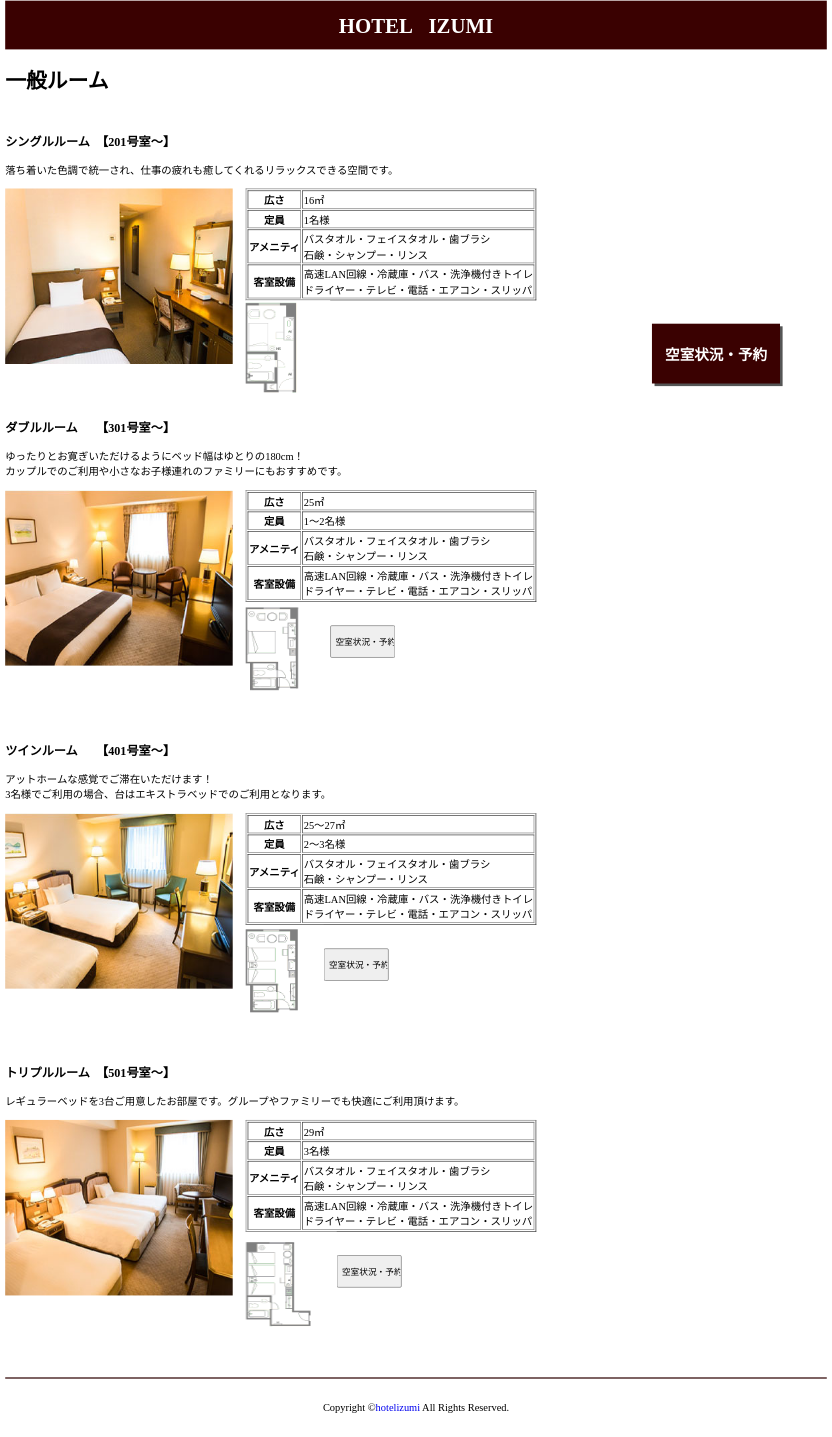
Repository: sep-dev/hotel_site
Page: http://localhost/HOTEL_IZUMI/general
An editor plug-in stored every save of this project. The page is shown before and after the next save, followed by the edit.
The browser window is 1280 px wide. The pictures show the whole page, at 65% of full size.
The page is served by Tomcat 9. Other server files are loaded and not shown.

Above is the page before, as saved 2016-05-25 06:13:26.

### HOTEL_IZUMI/src/main/webapp/WEB-INF/views/general.jsp
<!DOCTYPE html>
<%@ page language="java" contentType="text/html; charset=UTF-8" pageEncoding="UTF-8"%>
<%@ taglib prefix="form" uri="http://www.springframework.org/tags/form" %>
<!--  http://www.aspen-hotel.co.jp/room/ を参考   -->
<html>
  <head>
    <meta http-equiv="Content-Type" content="text/html; charset=Shift_JIS">
    <title>客室のご案内</title>
    <style type="text/css">
      div.example img {
        margin: 0px 20px 0px 0px;
      }
      <%@include file="../css/style.css" %>
    </style>
  </head>
  <body>
   <form>
    <div id="header">
      <div id="header h1"><h1><a HREF="http://localhost:8080/Izumi/top" STYLE="text-decoration:none"><font color="#FFFFFF">HOTEL&nbsp;&nbsp;&nbsp;IZUMI</font></a></h1></div>
    </div>


      <h1>一般ルーム</h1><br>
      <h3>シングルルーム　【201号室～】</h3>
      落ち着いた色調で統一され、仕事の疲れも癒してくれるリラックスできる空間です。<br><br>
      <div class="example">
        <img src="./resources/picture/ph01.jpg" alt="サンプル図" width="350" height="270"  align="left" >
      </div>
      <table border="1" >
        <tr>
          <th>広さ</th>
          <td>16㎡</td>
        </tr>
        <tr>
          <th>定員</th>
          <td>1名様</td>
        </tr>
        <tr>
          <th rowspan="2">アメニティ</th>
          <td rowspan="2">バスタオル・フェイスタオル・歯ブラシ<br>石鹸・シャンプー・リンス</td>
        </tr>
        <tr>
        </tr>
        <tr>
          <th rowspan="2">客室設備</th>
          <td rowspan="2">高速LAN回線・冷蔵庫・バス・洗浄機付きトイレ<br>ドライヤー・テレビ・電話・エアコン・スリッパ</td>
        </tr>
        <tr>
        </tr>
      </table>

      <img src="./resources/picture/ph01_shw1.png" alt="間取り図" width="130" height="146" align="left" ><br><br>

      <button class="button2" type="submit" style="position: absolute; right: 80px;">空室状況・予約</button><br><br><br><br><br><br><br>

      <h3>ダブルルーム　　【301号室～】</h3>
      ゆったりとお寛ぎいただけるようにベッド幅はゆとりの180cm！<br>カップルでのご利用や小さなお子様連れのファミリーにもおすすめです。<br><br>
      <div class="example">
        <img src="./resources/picture/ph04.jpg" alt="サンプル図" width="350" height="270"  align="left" >
      </div>
      <table border="1" >
        <tr>
          <th>広さ</th>
          <td>25㎡</td>
        </tr>
        <tr>
          <th>定員</th>
          <td>1～2名様</td>
        </tr>
        <tr>
          <th rowspan="2">アメニティ</th>
          <td rowspan="2">バスタオル・フェイスタオル・歯ブラシ<br>石鹸・シャンプー・リンス</td>
        </tr>
        <tr>
        </tr>
        <tr>
          <th rowspan="2">客室設備</th>
          <td rowspan="2">高速LAN回線・冷蔵庫・バス・洗浄機付きトイレ<br>ドライヤー・テレビ・電話・エアコン・スリッパ</td>
        </tr>
         <tr>
         </tr>
       </table>

       <img src="./resources/picture/ph04_shw1.png" alt="間取り図" width="130" height="146" align="left" ><br><br>

       <input type="submit" value="空室状況・予約" style="width:100px; height:50px" onClick=location.href="file:///C:/Users/urawakikosuke/Desktop/hotel/calender.html"><br><br><br><br><br><br><br>

       <h3>ツインルーム　　【401号室～】</h3>
       アットホームな感覚でご滞在いただけます！<br>3名様でご利用の場合、台はエキストラベッドでのご利用となります。<br><br>

       <div class="example">
         <img src="./resources/picture/ph06.jpg" alt="サンプル図" width="350" height="270"  align="left" >
       </div>
       <table border="1" >
         <tr>
           <th>広さ</th>
           <td>25～27㎡</td>
         </tr>
         <tr>
           <th>定員</th>
           <td>2～3名様</td>
         </tr>
         <tr>
            <th rowspan="2">アメニティ</th>
            <td rowspan="2">バスタオル・フェイスタオル・歯ブラシ<br>石鹸・シャンプー・リンス</td>
          </tr>
          <tr>
          </tr>
          <tr>
            <th rowspan="2">客室設備</th>
            <td rowspan="2">高速LAN回線・冷蔵庫・バス・洗浄機付きトイレ<br>ドライヤー・テレビ・電話・エアコン・スリッパ</td>
           </tr>
           <tr>
         </tr>
       </table>

        <img src="./resources/picture/ph06_shw1.png" alt="間取り図" width="120" height="146" align="left" >
        <br><br>

        <input type="submit" value="空室状況・予約" style="width:100px; height:50px" onClick=location.href="file:///C:/Users/urawakikosuke/Desktop/hotel/calender.html"><br><br><br><br><br><br><br>

        <h3>トリプルルーム　【501号室～】</h3>
        レギュラーベッドを3台ご用意したお部屋です。グループやファミリーでも快適にご利用頂けます。<br><br>
        <div class="example">
          <img src="./resources/picture/ph07.jpg" alt="サンプル図" width="350" height="270"  align="left" >
        </div>
        <table border="1" >
          <tr>
            <th>広さ</th>
            <td>29㎡</td>
          </tr>
          <tr>
            <th>定員</th>
            <td>3名様</td>
          </tr>
          <tr>
            <th rowspan="2">アメニティ</th>
            <td rowspan="2">バスタオル・フェイスタオル・歯ブラシ<br>石鹸・シャンプー・リンス</td>
          </tr>
          <tr>
          </tr>
          <tr>
            <th rowspan="2">客室設備</th>
            <td rowspan="2">高速LAN回線・冷蔵庫・バス・洗浄機付きトイレ<br>ドライヤー・テレビ・電話・エアコン・スリッパ</td>
          </tr>
          <tr>
          </tr>
        </table>

        <img src="./resources/picture/ph07_shw1.png" alt="間取り図" width="140" height="146" align="left" ><br><br>

        <input type="submit" value="空室状況・予約" style="width:100px; height:50px" onClick=location.href="file:///C:/Users/urawakikosuke/Desktop/hotel/calender.html"><br><br><br><br><br><br><br>


        <div id="footer">
          <p id="copyright">Copyright &copy;<a href="http://hotelizumi.com">hotelizumi</a> All Rights Reserved.</p>
        </div>
    </form>
  </body>
</html>

### HOTEL_IZUMI/src/main/webapp/WEB-INF/views/common/header.jsp
<%@ taglib uri="http://java.sun.com/jsp/jstl/core" prefix="c" %>
<%@ taglib prefix="form" uri="http://www.springframework.org/tags/form"%>
<%@page language="java" contentType="text/html; charset=UTF-8" pageEncoding="UTF-8"%>
<%@ page contentType="text/html; charset=UTF-8"%>

### HOTEL_IZUMI/src/main/webapp/WEB-INF/css/style.css
html{
    margin: 0;
    margin-top:-20px;
    padding: 0;
    width:100%;
    height:100%;
}
.top{
	display:block;
	margin-left:auto;
	margin-right:auto;
}

#contents {
    top : 0px;
    padding : 10px;
    margin : 10px;
    text-align : center;
}

#contents img{
    padding-bottom:10px;
}

#contents button {
    font-size: 1.4em;
    font-weight: bold;
    padding: 10px 30px;
    background-color: #200;
    color: #ffffff;
    border-style: none;
}

#table{
    border:0;
    background-color:#CCCCCC;
    font-size:24px;
    color:#666666;
    width:200px;
}

#table3{
    border:0;
    background-color:#CCCCCC;
    font-size:24px;
    color:#666666;
    width:200px;
}

/*--------calender----------*/
#Sunday{
    text-align:center;
    width:200;
    height:40;
    background-color:#C7D8ED;
    color:#FF3300;
    padding:15px;
}
#MonFri{
    text-align:center;
    width:200;
    background-color:#C7D8ED;
    color:#666666;
    padding:15px;
}
#Saturday{
    text-align:center;
    width:200;
    background-color:#C7D8ED;
    color:#666666;
    padding:15px;
}
#Saturday2{
    text-align:center;
    width:200;
    background-color:#A6C0E1;
    color:#666666;
}
#Sunday2{
    text-align:center;
    height:40;
    background-color:#FFCC99;
    color:#666666;
}
#Weekday{
    text-align:center;
    background-color:#FFFFFF;
    color:#666666;
    width:200;
}
#publicholiday{
    text-align:center;
    background-color:#FF3300;
    color:#FFFFFF;
}
#table2 tr td{
    border:0;
    font-size:24px;
    color:#666666;
    width:400px;
}
#float{
    float:left;
}
/* --------------------------------------*/

#header {
    top: 0px;
    left: 0px;
    height: 75px;
    margin-right: auto;
    margin-left: auto;
    text-align : center;
    background-color : #3A0101;

}
#header h1{
    padding-top: 20px;
    font-family: 'Times New Roman', Times, serif;
 	color:#ffffff;
}


#top{
    font-size: 200%;
}

#oneset{
	padding-top: 10px;
	padding-bottom: 10px;

	border-width: thick;
	border-color: #999AAA;
	border-style: ridge;
}
#name
{
    text-align: center;
	font-size: 150%;
    font-family: 'Segoe UI', Tahoma, Geneva, Verdana, sans-serif;
    font-weight: bold;
    background-color: #999AAA;
    font-family: 'Times New Roman', Times, serif;

}
#message{
	color: #000000;
    padding-left: 300px;
	font-size: 150%;

	text-align: left; margin-left: 100px; margin-right: 0px; width: 1000px;
}


/*---------入力フォーム----------*/

#reservation{

    padding-top: 20px;
    margin-bottom:50px;
    font-family: 'Times New Roman', Times, serif;
 	color:#000000;
}

#form{
    margin-top:30px

}


button.button2 {
    float:right;
    font-size: 1.4em;
    font-weight: bold;
    padding: 30px 20px;
    background-color: #3A0101;
    color: #ffffff;
    border-style: none;
    font-family: 'Times New Roman', Times, serif;
    box-shadow:4px 4px #555;
}

/*
footer ------------------------------------------------------*/

#footer {
    margin-top:30px;
    border-top:2px solid #3A1010;
    padding-top:20px;
    padding-bottom:20px;
}

#footer p{
    text-align:center;
}
#footer p a{
    text-decoration: none;
}
#footborder hr{
    border-color:#3A1010;
    border-width:1px;
}

After the next save:
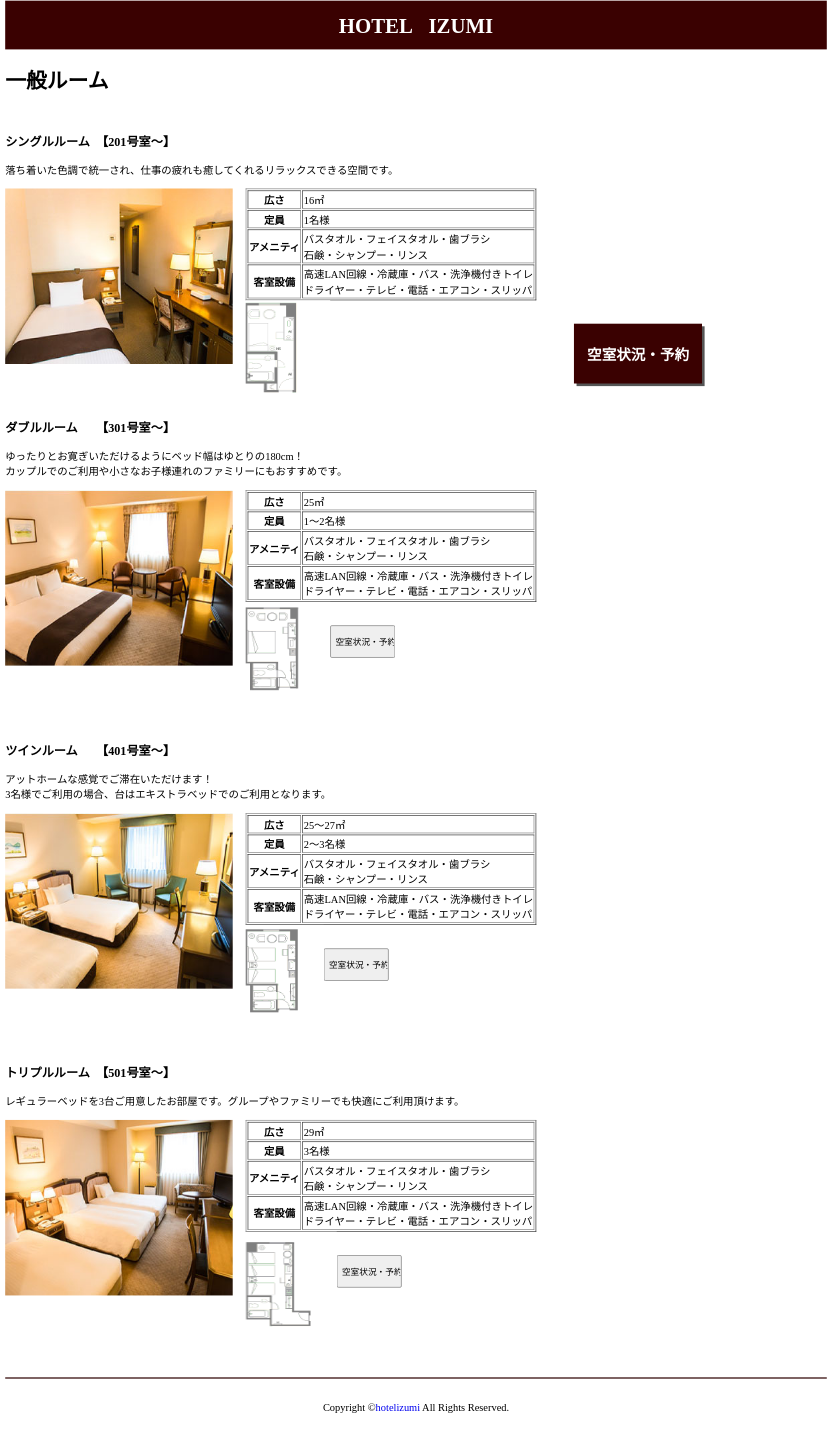
Saved 13 s later.
--- a/HOTEL_IZUMI/src/main/webapp/WEB-INF/views/general.jsp
+++ b/HOTEL_IZUMI/src/main/webapp/WEB-INF/views/general.jsp
@@ -51,7 +51,7 @@
 
       <img src="./resources/picture/ph01_shw1.png" alt="間取り図" width="130" height="146" align="left" ><br><br>
 
-      <button class="button2" type="submit" style="position: absolute; right: 80px;">空室状況・予約</button><br><br><br><br><br><br><br>
+      <button class="button2" type="submit" style="position: absolute; right: 200px;">空室状況・予約</button><br><br><br><br><br><br><br>
 
       <h3>ダブルルーム　　【301号室～】</h3>
       ゆったりとお寛ぎいただけるようにベッド幅はゆとりの180cm！<br>カップルでのご利用や小さなお子様連れのファミリーにもおすすめです。<br><br>
